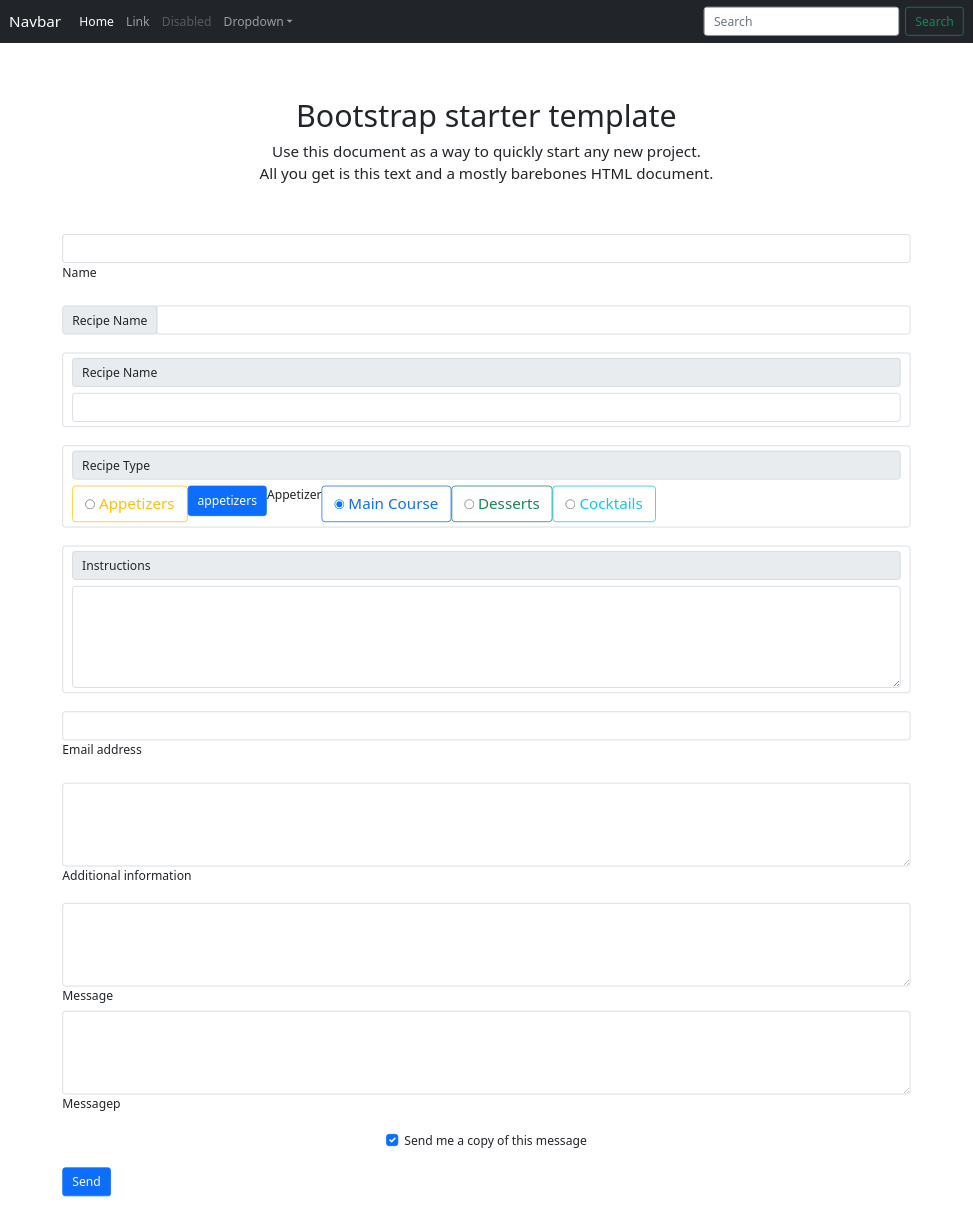
Repository: jerrywthompson/createRecipeWebpageHTML
Page: index.html
An editor plug-in stored every save of this project. The page is shown before and after the next save, followed by the edit.
The browser window is 1280 px wide. The pictures show the whole page, at 76% of full size.

Above is the page before, as saved 2021-02-23 22:53:23.

### index.html
<!doctype html>
<html lang="en">
    <head>
        <meta charset="utf-8">
        <meta name="viewport" content="width=device-width, initial-scale=1">
        <meta name="description" content="">
        <meta name="author" content="Mark Otto, Jacob Thornton, and Bootstrap contributors">
        <meta name="generator" content="Hugo 0.80.0">
        <title>Starter Template · Bootstrap v5.0</title>

        <link rel="canonical" href="https://getbootstrap.com/docs/5.0/examples/starter-template/">



        <!-- Bootstrap core CSS -->
        <link href="../assets/dist/css/bootstrap.min.css" rel="stylesheet">

        <style>
            .bd-placeholder-img {
                font-size: 1.125rem;
                text-anchor: middle;
                -webkit-user-select: none;
                -moz-user-select: none;
                user-select: none;
            }

            @media (min-width: 768px) {
                .bd-placeholder-img-lg {
                    font-size: 3.5rem;
                }
            }
        </style>


        <!-- Custom styles for this template -->
        <link href="starter-template.css" rel="stylesheet">
    </head>
    <body>

        <nav class="navbar navbar-expand-md navbar-dark bg-dark fixed-top">
            <div class="container-fluid">
                <a class="navbar-brand" href="#">Navbar</a>
                <button class="navbar-toggler" type="button" data-bs-toggle="collapse" data-bs-target="#navbarsExampleDefault" aria-controls="navbarsExampleDefault" aria-expanded="false" aria-label="Toggle navigation">
                    <span class="navbar-toggler-icon"></span>
                </button>

                <div class="collapse navbar-collapse" id="navbarsExampleDefault">
                    <ul class="navbar-nav me-auto mb-2 mb-md-0">
                        <li class="nav-item">
                            <a class="nav-link active" aria-current="page" href="#">Home</a>
                        </li>
                        <li class="nav-item">
                            <a class="nav-link" href="#">Link</a>
                        </li>
                        <li class="nav-item">
                            <a class="nav-link disabled" href="#" tabindex="-1" aria-disabled="true">Disabled</a>
                        </li>
                        <li class="nav-item dropdown">
                            <a class="nav-link dropdown-toggle" href="#" id="dropdown01" data-bs-toggle="dropdown" aria-expanded="false">Dropdown</a>
                            <ul class="dropdown-menu" aria-labelledby="dropdown01">
                                <li><a class="dropdown-item" href="#">Action</a></li>
                                <li><a class="dropdown-item" href="#">Another action</a></li>
                                <li><a class="dropdown-item" href="#">Something else here</a></li>
                            </ul>
                        </li>
                    </ul>
                    <form class="d-flex">
                        <input class="form-control me-2" type="search" placeholder="Search" aria-label="Search">
                        <button class="btn btn-outline-success" type="submit">Search</button>
                    </form>
                </div>
            </div>
        </nav>



        <div class="starter-template text-center py-5 px-3">
            <h1>Bootstrap starter template</h1>
            <p class="lead">Use this document as a way to quickly start any new project.<br> All you get is this text and a mostly barebones HTML document.</p>
        </div>
        <main class="container">
            <div class="input-section">
                <fieldset class="form-group">

                    <form action="test.php" method="post">
                        <!-- Name input -->
                        <div class="form-outline mb-4">
                            <input type="text" name="recipeName" id="form4Example1" class="form-control" />
                            <label class="form-label" for="form4Example1">Name</label>
                        </div>

                        <div class="input-group mb-4">
                            <div class="input-group-prepend">
                                <span class="input-group-text" id="inputGroup-sizing-default">Recipe Name</span>
                            </div>
                            <input type="text" name="notes" class="form-control" aria-label="Default" aria-describedby="inputGroup-sizing-default">
                        </div>

                        <div class="form-control mb-4">
                            <div class="input-group-prepend mb-2">
                                <span class="input-group-text" id="inputGroup-sizing-default">Recipe Name</span>
                            </div>
                            <input type="text" name="notes" class="form-control" aria-label="Default" aria-describedby="inputGroup-sizing-default">
                        </div>

                        <div class="form-control mb-4">
                            <div class="input-group-prepend mb-2">
                                <span class="input-group-text" id="inputGroup-sizing-default">Recipe Type</span>
                            </div>
                            <div class="btn-toolbar">
                                <label class="btn btn-outline-warning btn-lg">
                                    <input type="radio" name="recipeType" id="appetizers" value="appetizers" autocomplete="off" > Appetizers
                                </label>
                                <input type="button" name="recipeType" id="appetizers" value="appetizers" autocomplete="off" class="btn btn-primary mr-5 ml-3 mb-2"> Appetizer
                                <label class="btn btn-outline-primary btn-lg ml-3">
                                    <input type="radio" name="recipeType" id="main_course" value="main_course" autocomplete="off" checked> Main Course
                                </label>
                                <label class="btn btn-outline-success btn-lg">
                                    <input type="radio" name="recipeType" id="desserts" value="desserts" autocomplete="off"> Desserts
                                </label>
                                <label class="btn btn-outline-info btn-lg">
                                    <input type="radio" name="recipeType" id="cocktails" value="cocktails" autocomplete="off"> Cocktails
                                </label>
                            </div>
                        </div>

                        <div class="form-control mb-4">
                            <div class="input-group-prepend mb-2">
                                <span class="input-group-text">Instructions</span>
                            </div>
                            <textarea class="form-control" name="instrucions" id="instrucions" rows="5"></textarea>
                        </div>

                        <!-- Email input -->
                        <div class="form-outline mb-4">
                            <input type="email" id="form4Example2" class="form-control" />
                            <label class="form-label" for="form4Example2">Email address</label>
                        </div>

                        <div class="form-outline mb-4">
                            <textarea class="form-control" id="form6Example7" rows="4"></textarea>
                            <label class="form-label-prepend" >Additional information</label>
                        </div>

                        <div class="form-outline">
                            <textarea class="form-control" id="textAreaExample" rows="4"></textarea>
                            <label class="form-label" for="textAreaExample">Message</label>
                          </div>

                        <!-- Message input -->
                        <div class="form-outline mb-4">
                            <textarea class="form-control" name="comments" id="form4Example3" rows="4"></textarea>
                            <label class="form-label-prepend" for="form4Example3">Messagep</label>
                        </div>

                        <!-- Checkbox -->
                        <div class="form-check d-flex justify-content-center mb-4">
                            <input
                                class="form-check-input me-2"
                                type="checkbox"
                                value=""
                                id="form4Example4"
                                checked
                                />
                            <label class="form-check-label" for="form4Example4">
                                Send me a copy of this message
                            </label>
                        </div>

                        <!-- Submit button -->
                        <button type="submit" class="btn btn-primary btn-block mb-4">Send</button>
                    </form>






                    <script src="../assets/dist/js/bootstrap.bundle.min.js"></script>


                    </body>
                    </html>
                    <a href="../flask_db4/flaskblog/templates/create_post.html"></a>

Loaded but not shown: assets/dist/css/bootstrap.min.css (library); starter-template.css (common file); assets/dist/js/bootstrap.bundle.min.js (library)

After the next save:
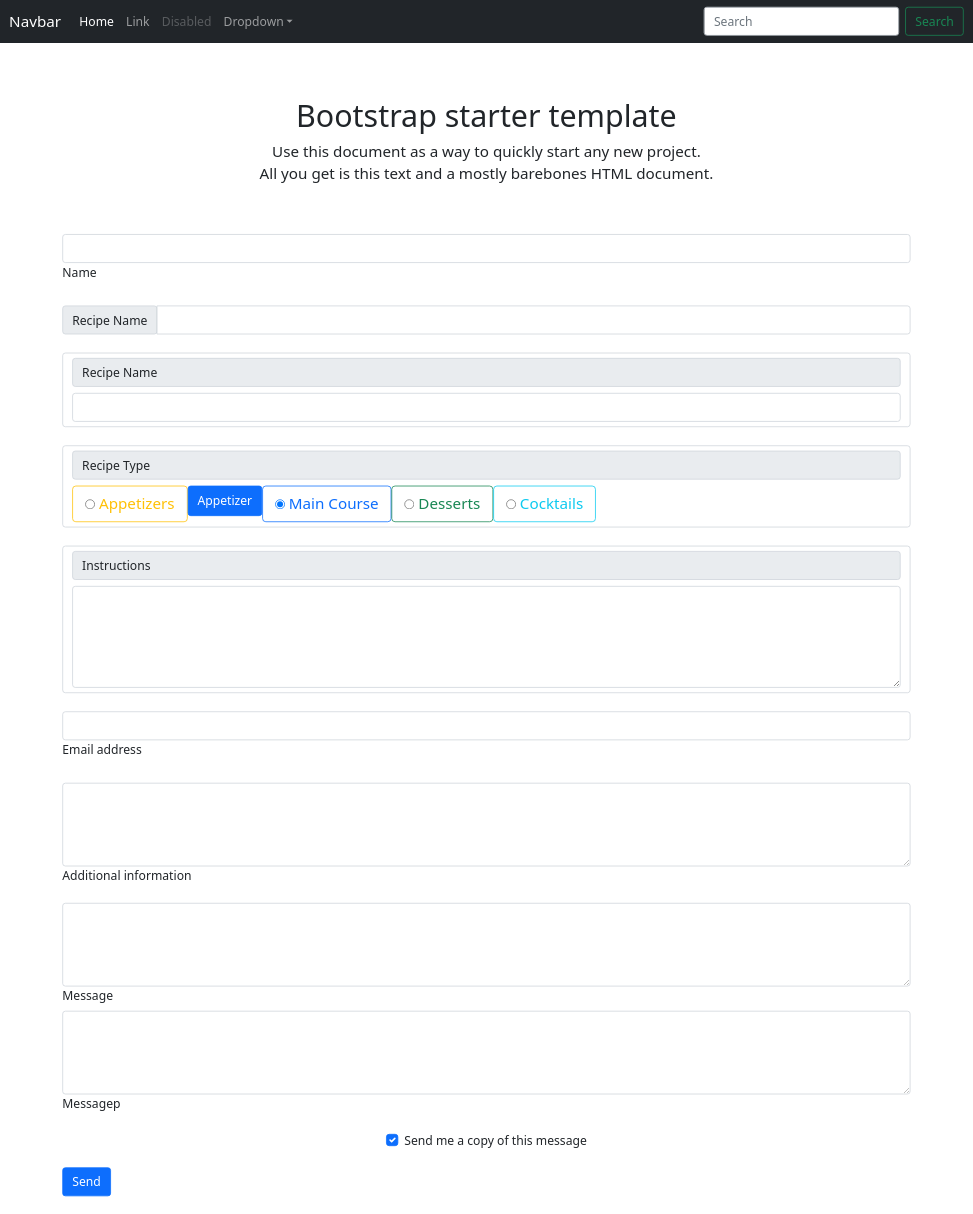
Saved 51 s later.
--- a/index.html
+++ b/index.html
@@ -111,7 +111,7 @@
                                 <label class="btn btn-outline-warning btn-lg">
                                     <input type="radio" name="recipeType" id="appetizers" value="appetizers" autocomplete="off" > Appetizers
                                 </label>
-                                <input type="button" name="recipeType" id="appetizers" value="appetizers" autocomplete="off" class="btn btn-primary mr-5 ml-3 mb-2"> Appetizer
+                                <button type="button" name="recipeType" id="appetizers" value="appetizers" autocomplete="off" class="btn btn-primary mr-5 ml-3 mb-2"> Appetizer</button>
                                 <label class="btn btn-outline-primary btn-lg ml-3">
                                     <input type="radio" name="recipeType" id="main_course" value="main_course" autocomplete="off" checked> Main Course
                                 </label>
